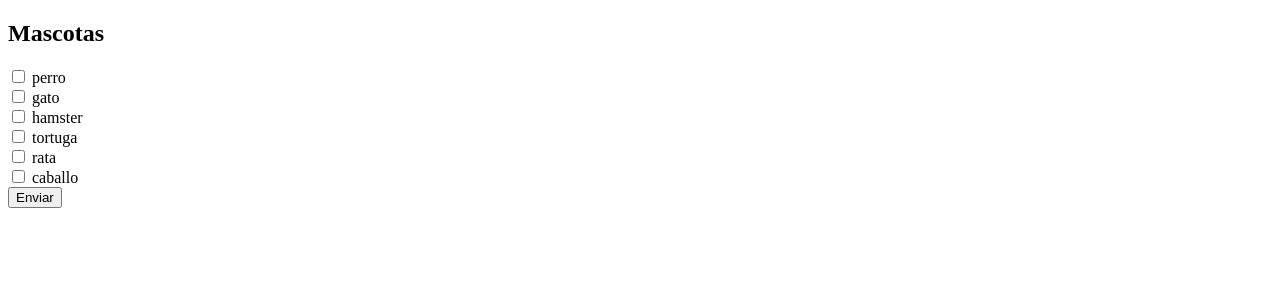
Repository: felipeverdugo/Java-y-Aplicaciones-Avanzadas-sobre-Internet
Page: work/Practica1Web40/src/main/webapp/mascotas.html
These files come from the project's save history. The page is drawn as it stood at one moment and after the next save; the edit follows.
The browser window is 1280 px wide. The pictures show the whole page.

Above is the page before, as saved 2024-03-20 14:02:08.

After the next save:
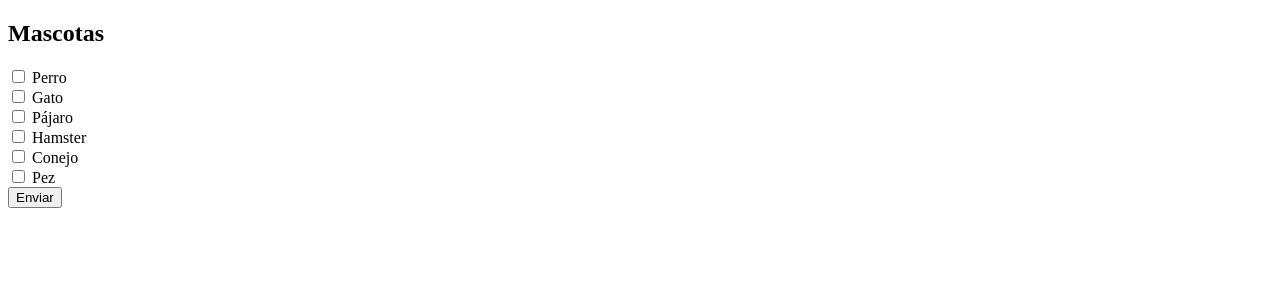
Saved 3 min 20 s later.
--- a/work/Practica1Web40/src/main/webapp/mascotas.html
+++ b/work/Practica1Web40/src/main/webapp/mascotas.html
@@ -8,30 +8,23 @@
     <h2>Mascotas</h2>
     <form action="Encuesta" method="post">
 
-		<input type="checkbox" id="perro" value="second_checkbox" />
-		<label for="perro">perro</label>
-    	<br>
+		<input type="checkbox" id="perro" name="mascotas" value="perro">
+		<label for="perro">Perro</label><br>
 
-    	<input type="checkbox" id="gato" value="second_checkbox" />
-		<label for="gato">gato</label>
-    	<br>
+		<input type="checkbox" id="gato" name="mascotas" value="gato">
+		<label for="gato">Gato</label><br>
 
-    	<input type="checkbox" id="hamster" value="second_checkbox" />
-		<label for="hamster">hamster</label>
-    	<br>
+		<input type="checkbox" id="pajaro" name="mascotas" value="pajaro">
+		<label for="pajaro">Pájaro</label><br>
 
-    	<input type="checkbox" id="tortuga" value="second_checkbox" />
-		<label for="tortuga">tortuga</label>
-    	<br>
+		<input type="checkbox" id="hamster" name="mascotas" value="hamster">
+		<label for="hamster">Hamster</label><br>
 
-    	<input type="checkbox" id="rata" value="second_checkbox" />
-		<label for="rata">rata</label>
-    	<br>
+		<input type="checkbox" id="conejo" name="mascotas" value="conejo">
+		<label for="conejo">Conejo</label><br>
 
-    	<input type="checkbox" id="caballo" value="second_checkbox" />
-		<label for="caballo">caballo</label>
-    	<br>
-
+		<input type="checkbox" id="pez" name="mascotas" value="pez">
+		<label for="pez">Pez</label><br>
 
 
 
